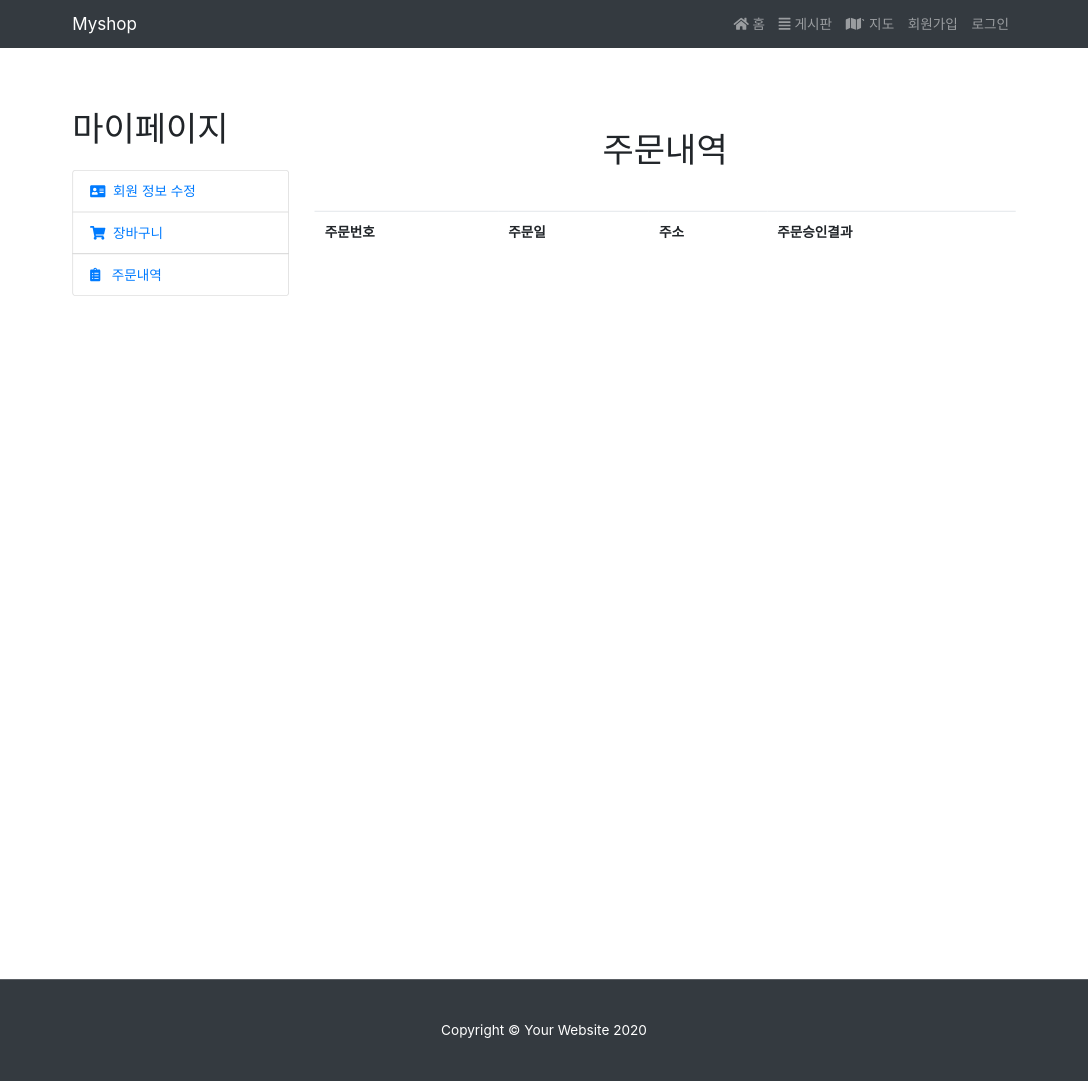
Repository: KimBiYam/ShoppingMallProject
Page: http://localhost/MyShop/WEB-INF/views/product/orderlist.jsp
The author's editor kept a copy of each file at every save. The page is drawn from the files as they stood at one save, then again after the next save.
The browser window is 1280 px wide. The pictures show the whole page, at 85% of full size.
Some web libraries are served in a nearby version. The page is served by Tomcat 9. Nobody is signed in. The template is opened directly, without the code that normally fills it, so the values that code supplies are empty.

Above is the page before, as saved 2020-04-23 06:23:18.

After the next save:
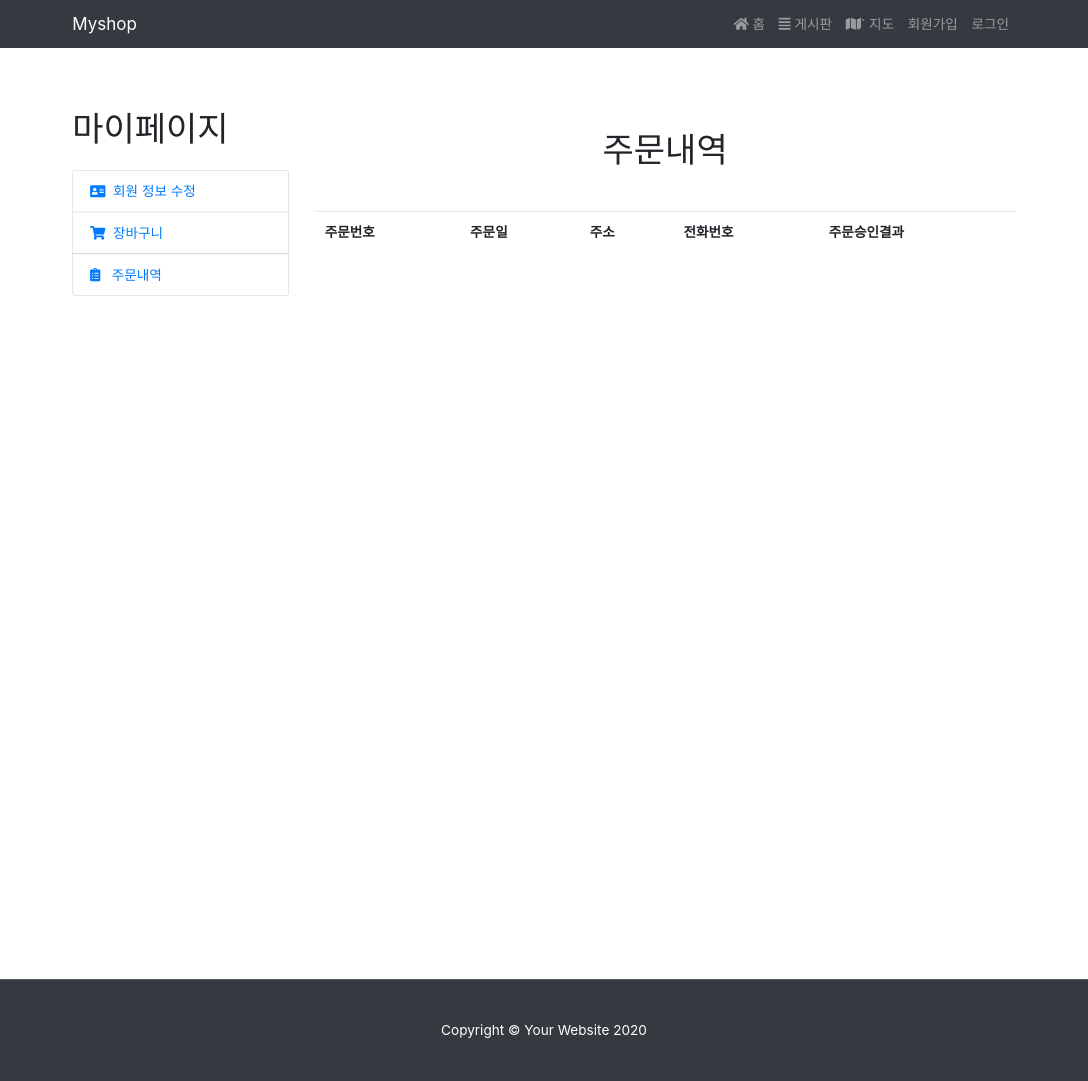
Saved 12 s later.
--- a/MyShop/src/main/webapp/WEB-INF/views/product/orderlist.jsp
+++ b/MyShop/src/main/webapp/WEB-INF/views/product/orderlist.jsp
@@ -23,6 +23,7 @@
 				<th>주문번호</th>
 				<th>주문일</th>
 				<th>주소</th>
+				<th>전화번호</th>
 				<th>주문승인결과</th>
 			</tr>
 			<c:forEach items="${orderlist }" var="orderlist">
